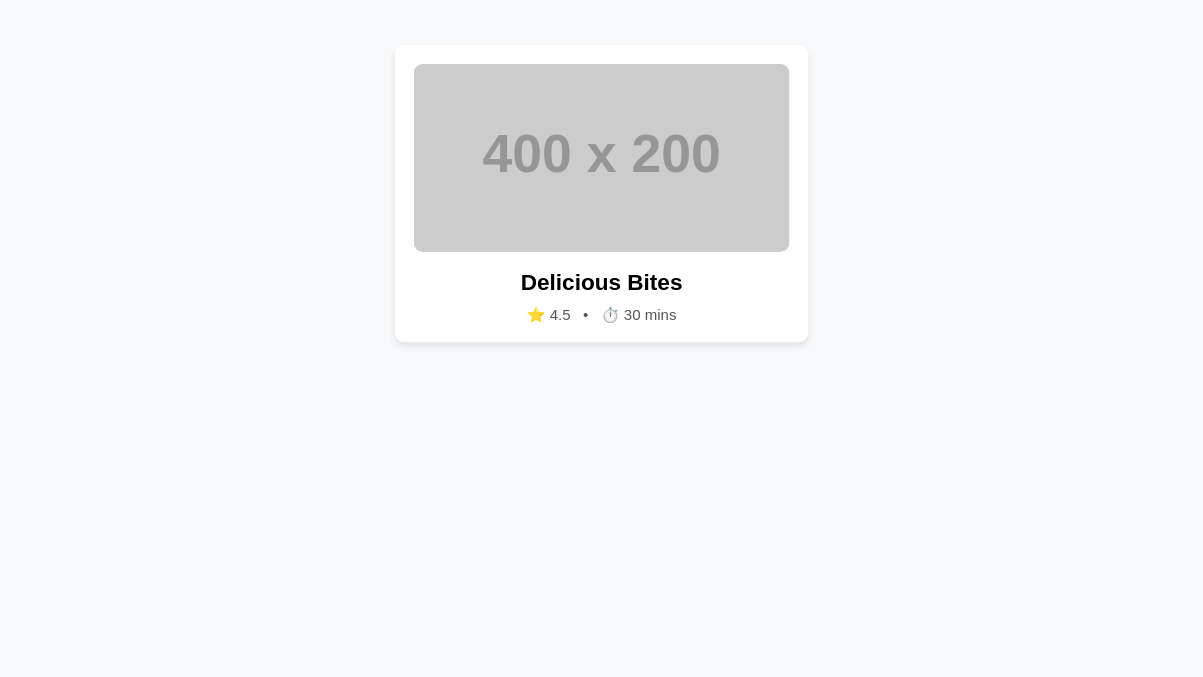
Repository: Rupeswarbhainsa777/Food-Web-App
Page: TapFoodApp/src/main/webapp/resturant.html
An editor plug-in stored every save of this project. The page is shown before and after the next save, followed by the edit.
The browser window is 1280 px wide. The pictures show the whole page, at 94% of full size.

Above is the page before, as saved 2025-04-21 03:42:19.

### TapFoodApp/src/main/webapp/resturant.html
<!DOCTYPE html>
<html lang="en">
<head>
  <meta charset="UTF-8">
  <title>Restaurant Details</title>
  <style>
    body {
      font-family: Arial, sans-serif;
      background-color: #f8f9fa;
      padding: 40px;
    }
    .restaurant-card {
      background-color: white;
      border-radius: 10px;
      box-shadow: 0 4px 8px rgba(0,0,0,0.1);
      max-width: 400px;
      margin: auto;
      padding: 20px;
      text-align: center;
    }
    .restaurant-card img {
      width: 100%;
      height: 200px;
      object-fit: cover;
      border-radius: 10px;
    }
    .restaurant-name {
      font-size: 24px;
      font-weight: bold;
      margin-top: 15px;
    }
    .rating-time {
      color: #555;
      margin-top: 10px;
      font-size: 16px;
    }
  </style>
</head>
<body>

  <div class="restaurant-card">
    <img src="https://via.placeholder.com/400x200" alt="Restaurant Image">
    <div class="restaurant-name">Delicious Bites</div>
    <div class="rating-time">
      ⭐ 4.5 &nbsp; • &nbsp; ⏱️ 30 mins
    </div>
  </div>

</body>
</html>

After the next save:
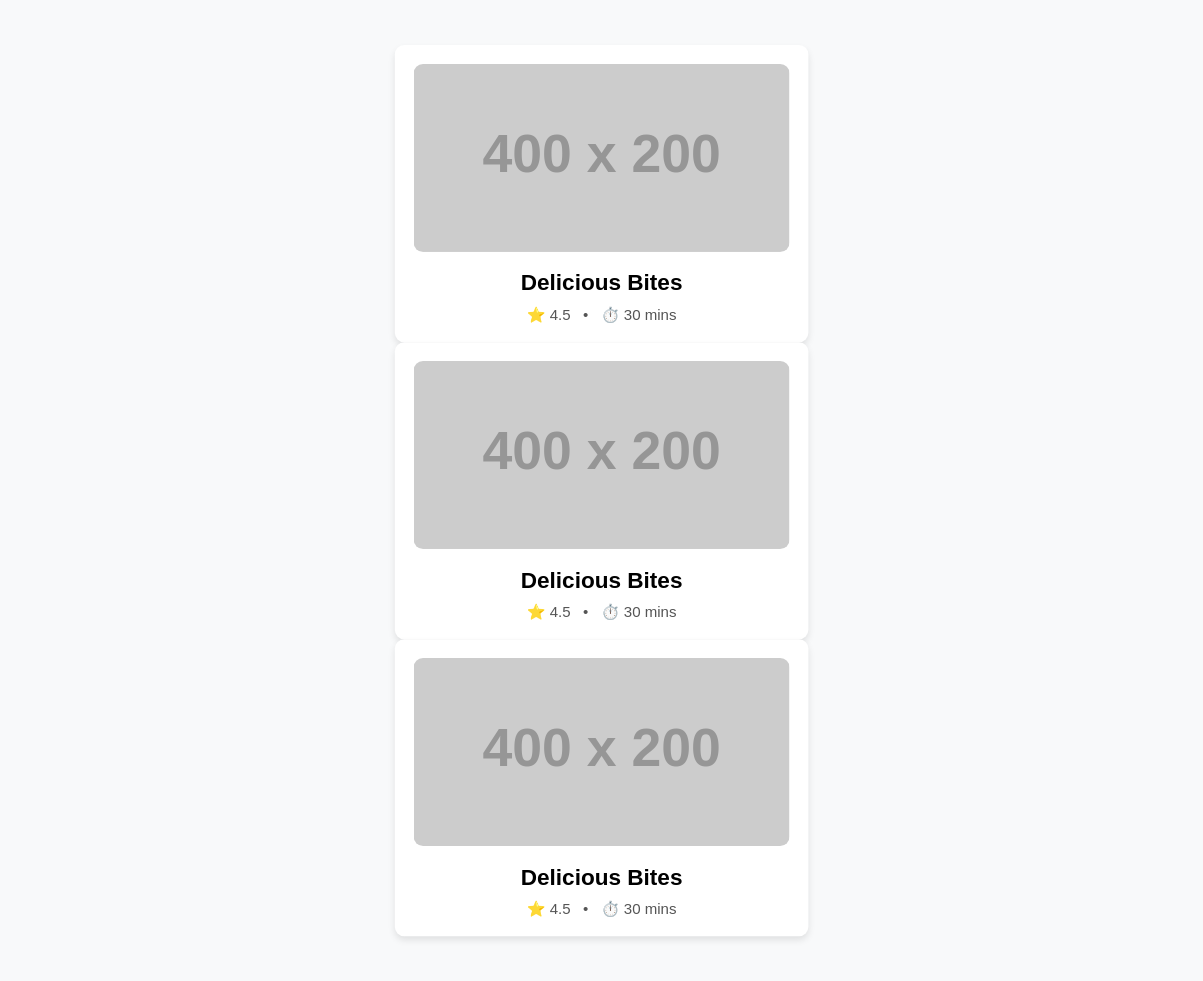
Saved 29 s later.
--- a/TapFoodApp/src/main/webapp/resturant.html
+++ b/TapFoodApp/src/main/webapp/resturant.html
@@ -45,6 +45,20 @@
       ⭐ 4.5 &nbsp; • &nbsp; ⏱️ 30 mins
     </div>
   </div>
+  <div class="restaurant-card">
+    <img src="https://via.placeholder.com/400x200" alt="Restaurant Image">
+    <div class="restaurant-name">Delicious Bites</div>
+    <div class="rating-time">
+      ⭐ 4.5 &nbsp; • &nbsp; ⏱️ 30 mins
+    </div>
+  </div>
+  <div class="restaurant-card">
+    <img src="https://via.placeholder.com/400x200" alt="Restaurant Image">
+    <div class="restaurant-name">Delicious Bites</div>
+    <div class="rating-time">
+      ⭐ 4.5 &nbsp; • &nbsp; ⏱️ 30 mins
+    </div>
+  </div>
 
 </body>
 </html>
